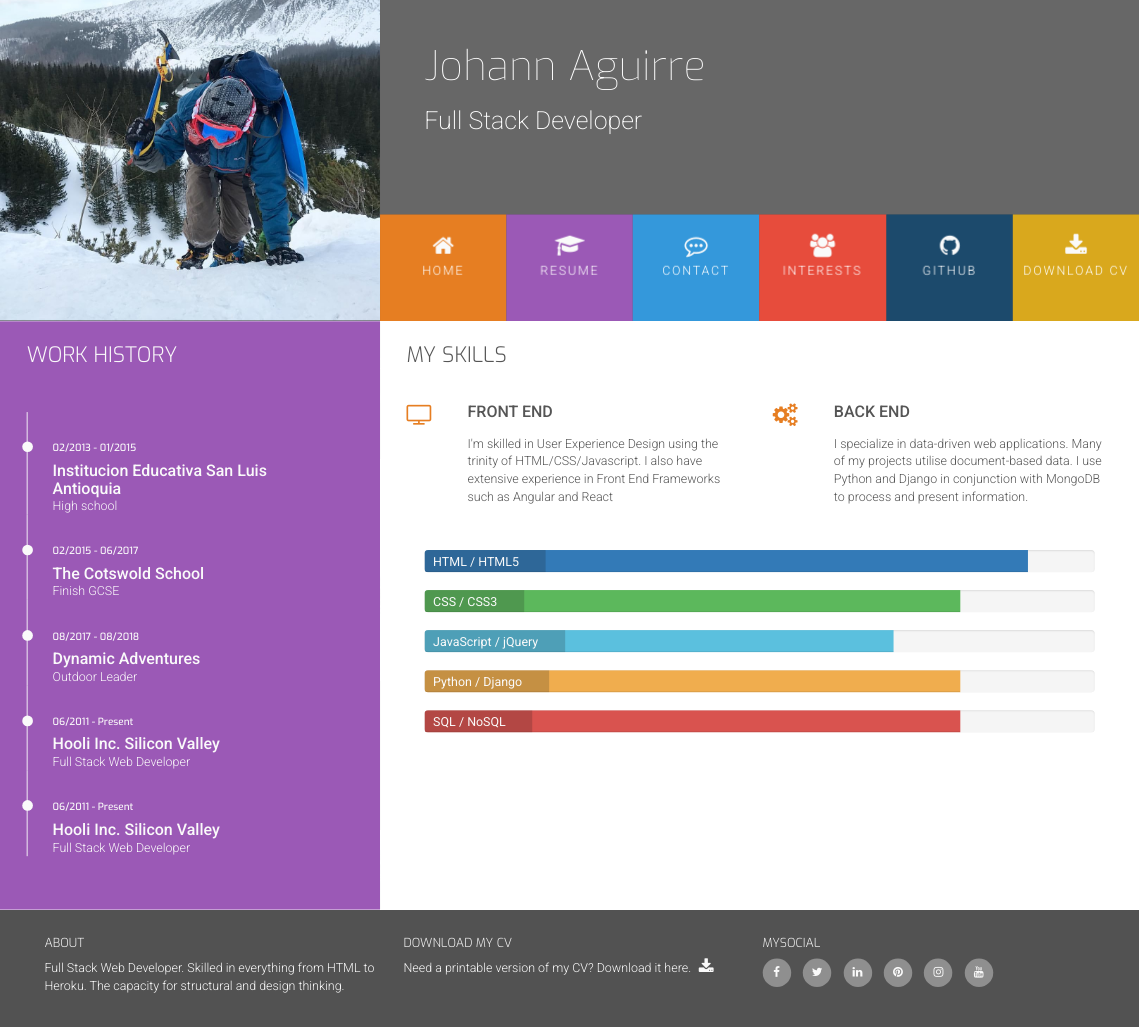
Repository: cachimiro/cv
Page: GoogleMaps-master/05-moving_the_code_into_its_own_script/resume.html
The author's editor kept a record of every edit. The page is drawn from the files as they stood at one moment, then again after the next edit.
The browser window is 1280 px wide. The pictures show the whole page, at 89% of full size.
Some web libraries are served in a nearby version.

Above is the page before.

After the next edit:
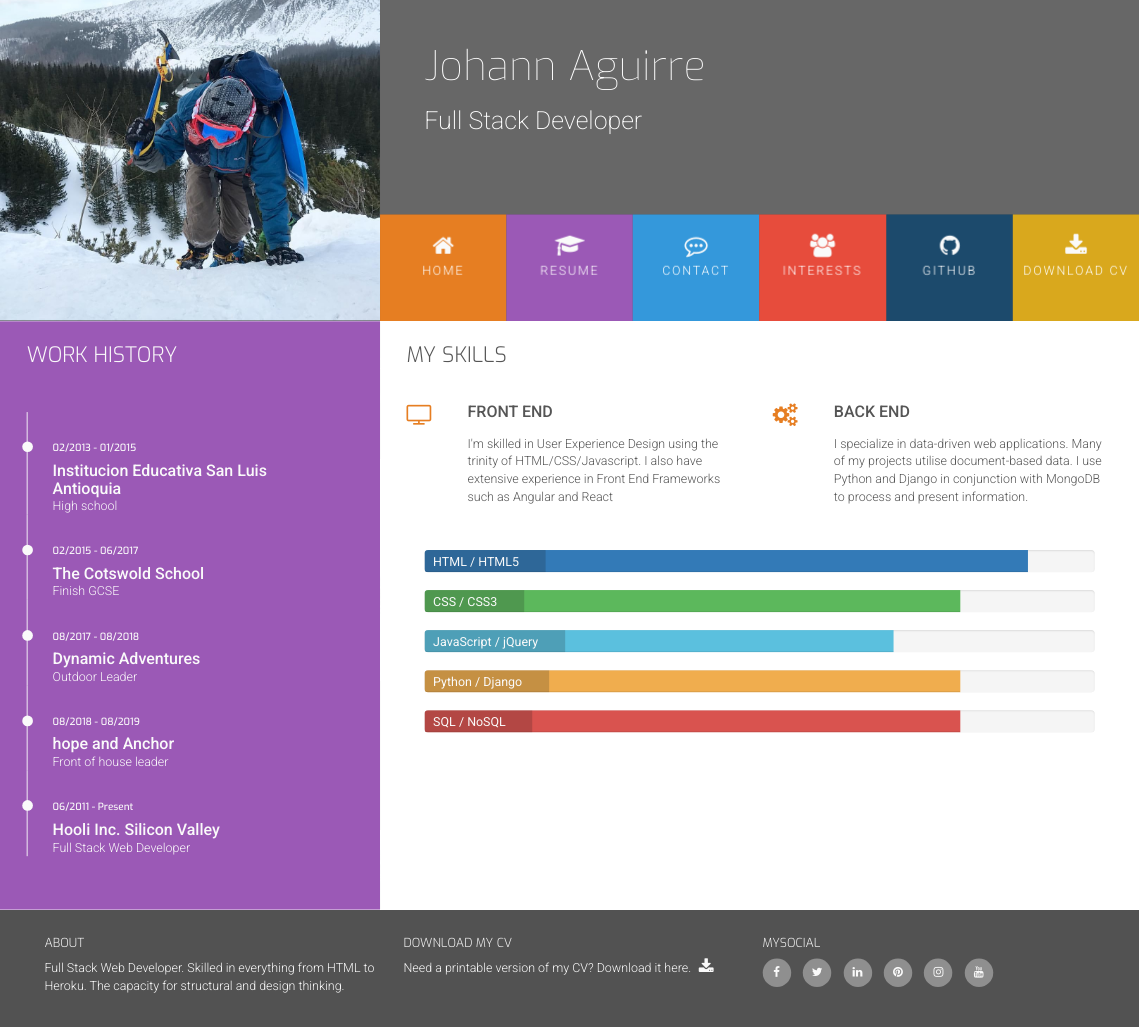
The edit:
--- a/GoogleMaps-master/05-moving_the_code_into_its_own_script/resume.html
+++ b/GoogleMaps-master/05-moving_the_code_into_its_own_script/resume.html
@@ -69,9 +69,9 @@
                         <h4>Dynamic Adventures</h4>
                         <p>Outdoor Leader</p>
                     </div>
-                    <div class="timeline-item" data-dates="06/2011 - Present">
-                        <h4>Hooli Inc. Silicon Valley</h4>
-                        <p>Full Stack Web Developer</p>
+                    <div class="timeline-item" data-dates="08/2018 - 08/2019">
+                        <h4>hope and Anchor </h4>
+                        <p>Front of house leader</p>
                     </div>
                      <div class="timeline-item" data-dates="06/2011 - Present">
                         <h4>Hooli Inc. Silicon Valley</h4>
